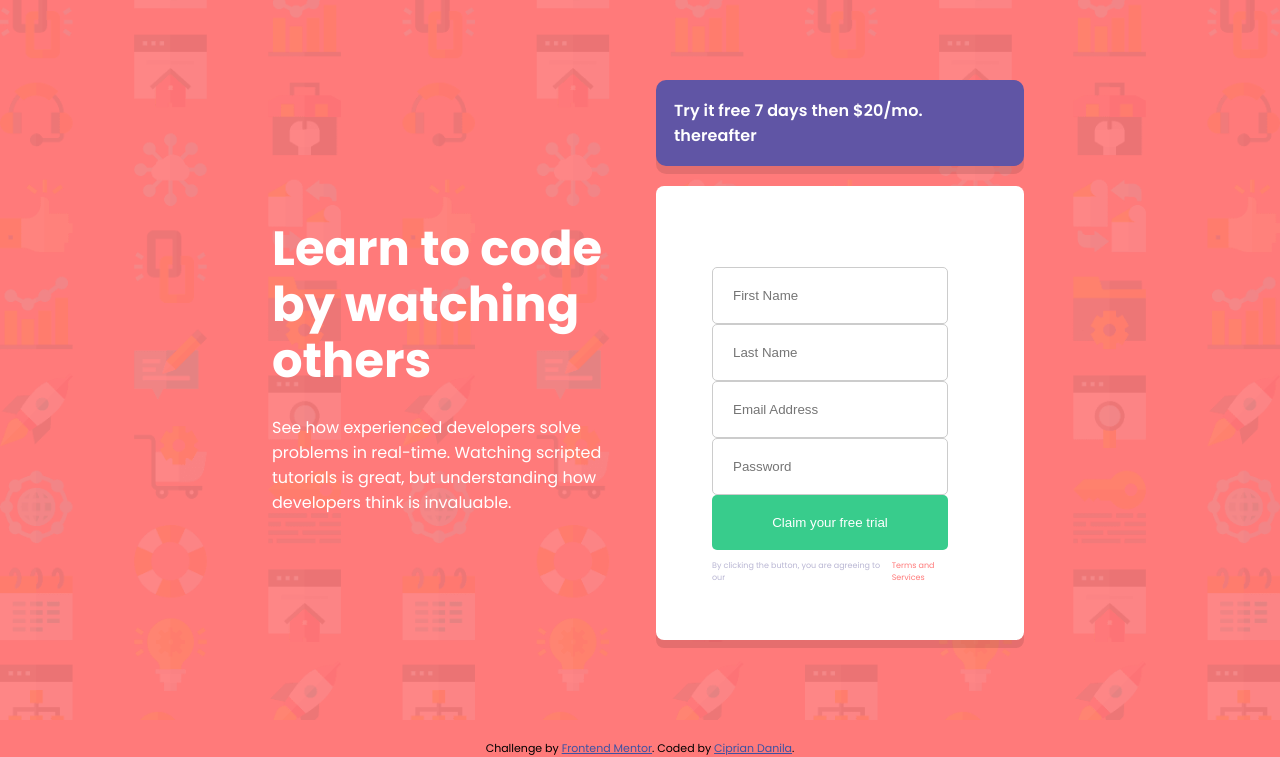
Repository: cipdanila/intro-component-with-sign-up-form
Page: index.html
An editor plug-in stored every save of this project. The page is shown before and after the next save, followed by the edit.
The browser window is 1280 px wide. The pictures show the whole page.

Above is the page before, as saved 2024-02-14 15:22:35.

After the next save:
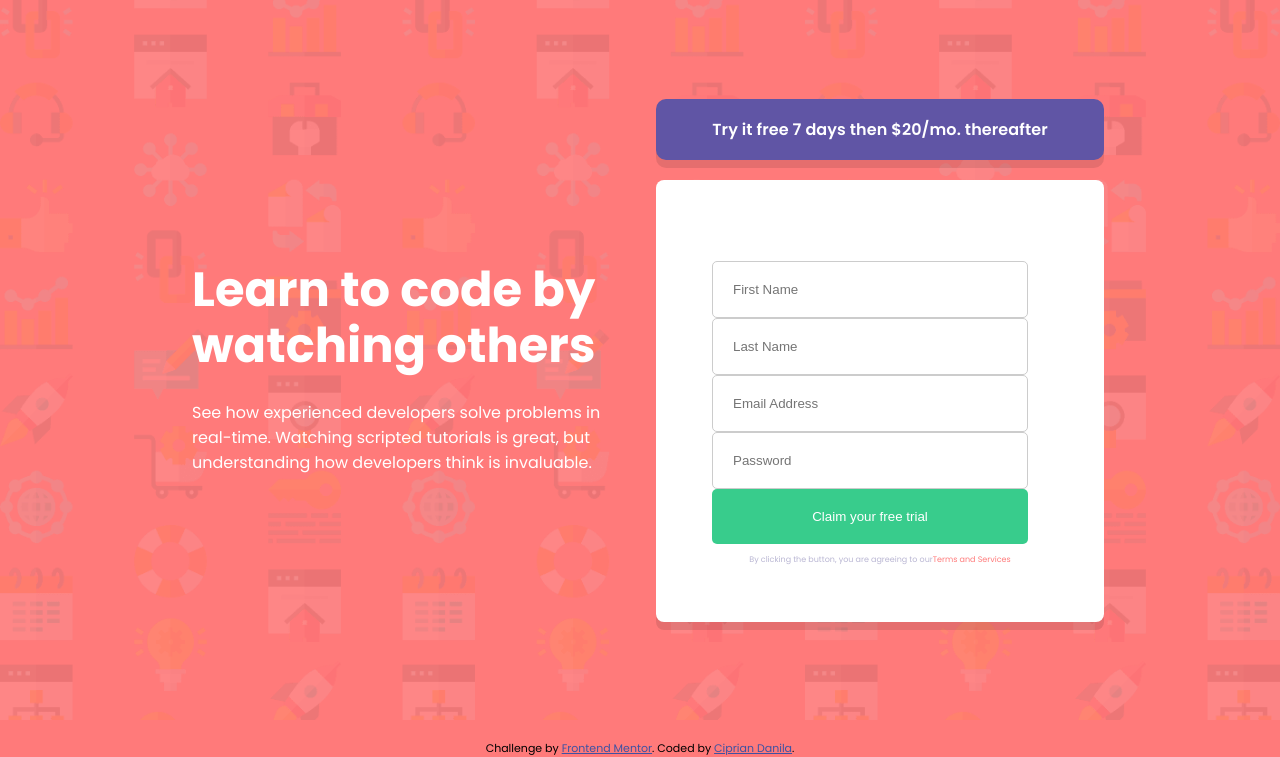
Saved 15 s later.
--- a/styles.css
+++ b/styles.css
@@ -41,7 +41,7 @@
     background-size: cover;
     background-position: center;
     width: 100%;
-    padding: 0 10rem;
+    padding: 0 5rem;
 }
 
 .container {
